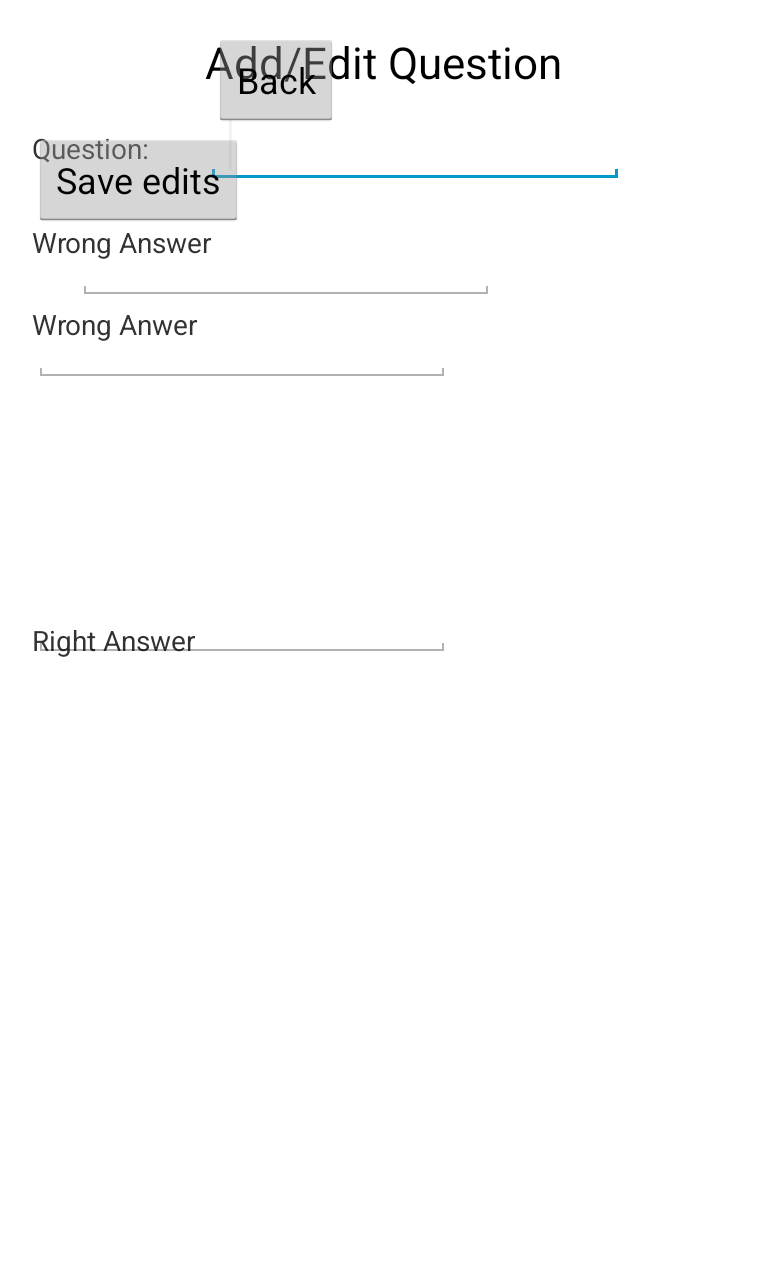
Repository: Sharkeysps/AndroidProjects
Layout: AndroidQuiz/Quiz/res/layout/activity_edit_question.xml
These files come from the project's save history. The layout is drawn as it stood at one moment and after the next save; the edit follows.
It is drawn on a 768 x 1280 px phone screen (xhdpi) without system bars, with theme AppTheme; the app's code is not run.

Above is the layout before, as saved 2014-01-31 23:12:04.

After the next save:
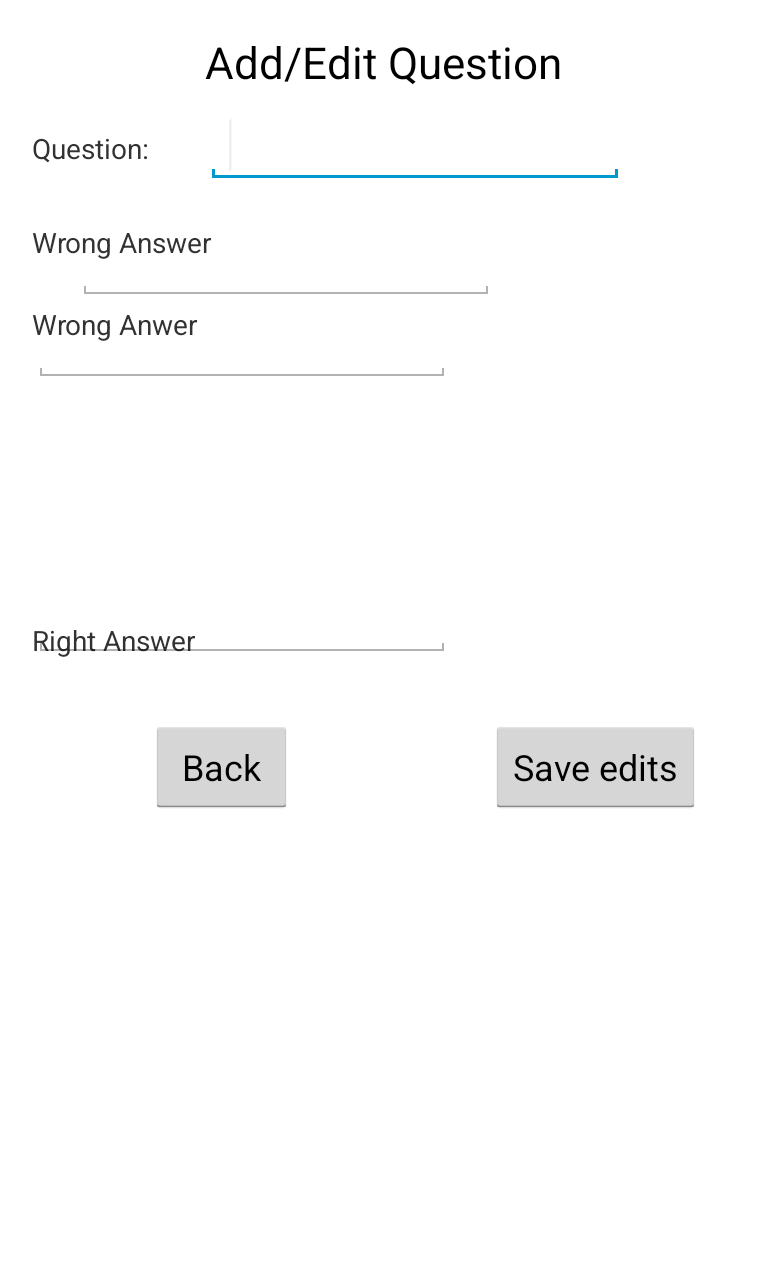
Saved 94 s later.
--- a/AndroidQuiz/Quiz/res/layout/activity_edit_question.xml
+++ b/AndroidQuiz/Quiz/res/layout/activity_edit_question.xml
@@ -92,18 +92,19 @@
         android:id="@+id/saveEdits"
         android:layout_width="wrap_content"
         android:layout_height="wrap_content"
-        android:layout_alignRight="@+id/editText4"
-        android:layout_below="@+id/editText4"
-        android:layout_marginTop="50dp"
+        android:layout_alignParentRight="true"
+        android:layout_below="@+id/rightAnswer"
+        android:layout_marginRight="17dp"
+        android:layout_marginTop="30dp"
         android:text="Save edits" />
 
     <Button
         android:id="@+id/back"
         android:layout_width="wrap_content"
         android:layout_height="wrap_content"
-        android:layout_alignBaseline="@+id/button1"
-        android:layout_alignBottom="@+id/button1"
-        android:layout_toRightOf="@+id/textView3"
-        android:text="Back" />
+        android:layout_alignBaseline="@+id/saveEdits"
+        android:layout_alignBottom="@+id/saveEdits"
+        android:layout_toRightOf="@+id/textView2"
+        android:text=" Back " />
 
 </RelativeLayout>
